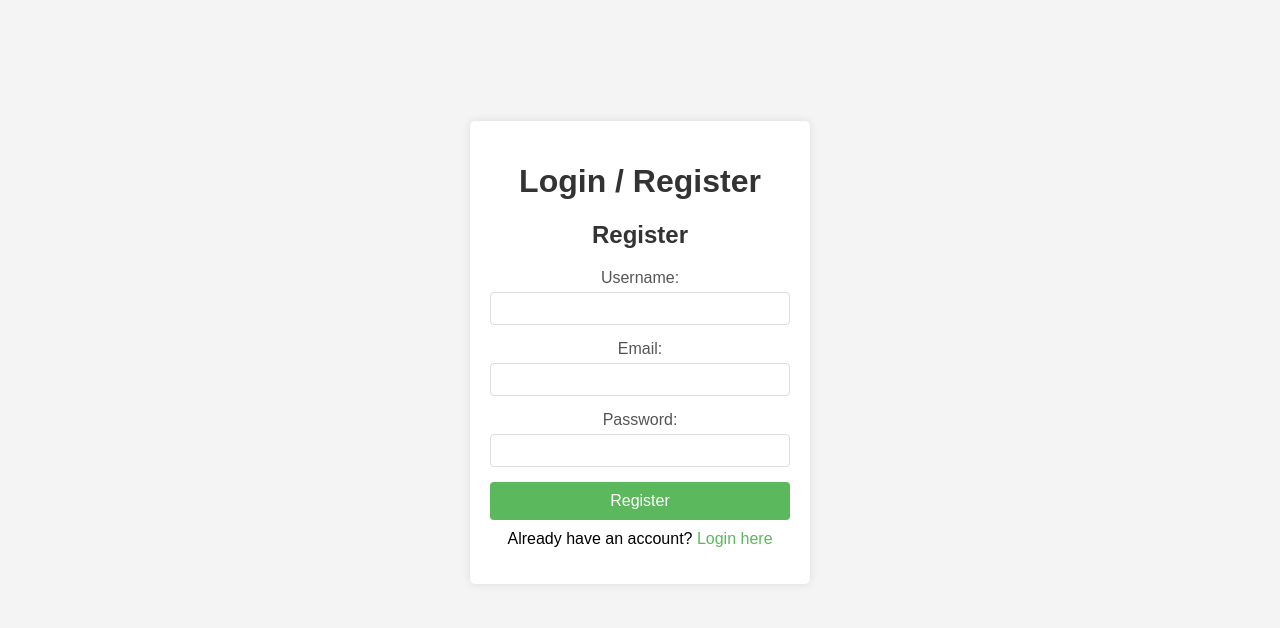
Repository: lavanya787/ml_system
Page: http://localhost/
The author's editor kept a copy of each file at every save. The page is drawn from the files as they stood at one save, then again after the next save.
The browser window is 1280 px wide. The pictures show the whole page.
The page is served by the project's application, run on Flask 3 (flask_app.py).

Above is the page before, as saved 2025-05-31 11:43:22.

After the next save:
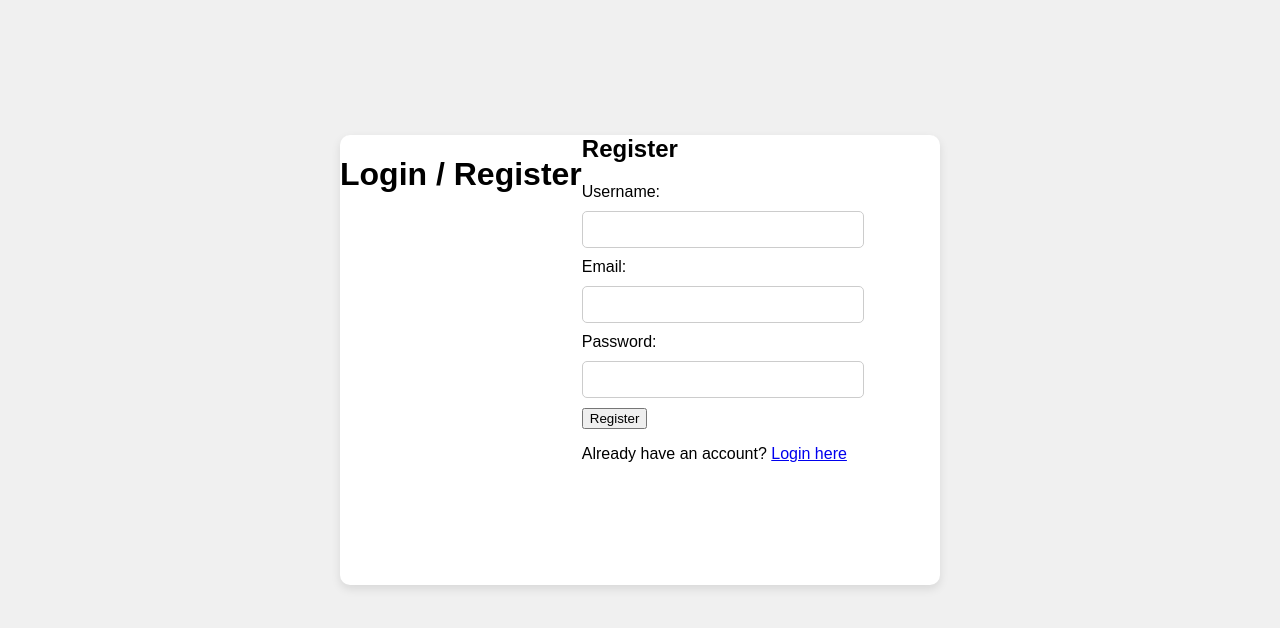
Saved 2 h 29 min later.
--- a/static/style.css
+++ b/static/style.css
@@ -1,73 +1,122 @@
 body {
     font-family: Arial, sans-serif;
-    background-color: #f4f4f4;
     display: flex;
     justify-content: center;
     align-items: center;
     height: 100vh;
     margin: 0;
+    background-color: #f0f0f0;
+    position: relative;
+}
+
+/* Notification styling */
+.notification {
+    position: fixed;
+    top: 20px;
+    left: 50%;
+    transform: translateX(-50%);
+    background: linear-gradient(to right, #ff7e5f, #feb47b);
+    color: white;
+    padding: 15px 30px;
+    border-radius: 10px;
+    box-shadow: 0 4px 10px rgba(0, 0, 0, 0.2);
+    display: flex;
+    align-items: center;
+    font-size: 16px;
+    z-index: 1000;
+}
+
+.notification::before {
+    content: "✔";
+    margin-right: 10px;
+    font-size: 20px;
 }
 
 .container {
+    display: flex;
+    width: 600px;
+    height: 450px;
     background: white;
-    padding: 20px;
-    border-radius: 5px;
-    box-shadow: 0 0 10px rgba(0, 0, 0, 0.1);
-    width: 300px;
-    text-align: center;
+    border-radius: 10px;
+    box-shadow: 0 4px 10px rgba(0, 0, 0, 0.1);
+    overflow: hidden;
 }
 
-h1, h2 {
-    color: #333;
+.form-section, .welcome-section {
+    width: 50%;
+    padding: 40px;
+    box-sizing: border-box;
 }
 
-div {
-    margin-bottom: 15px;
+.form-section {
+    background: white;
+    display: flex;
+    flex-direction: column;
+    justify-content: space-between;
 }
 
-label {
-    display: block;
-    margin-bottom: 5px;
-    color: #555;
+.welcome-section {
+    background: #ff4d4d;
+    color: white;
+    display: flex;
+    flex-direction: column;
+    justify-content: center;
+}
+
+h2 {
+    margin: 0 0 20px;
+    font-size: 24px;
+}
+
+.social-buttons {
+    display: flex;
+    gap: 10px;
+    margin-bottom: 20px;
+}
+
+.social-buttons button {
+    width: 40px;
+    height: 40px;
+    border-radius: 50%;
+    border: 1px solid #ccc;
+    background: white;
+    cursor: pointer;
 }
 
 input {
     width: 100%;
-    padding: 8px;
+    padding: 10px;
+    margin: 10px 0;
+    border: 1px solid #ccc;
+    border-radius: 5px;
     box-sizing: border-box;
-    border: 1px solid #ddd;
-    border-radius: 4px;
 }
 
-button {
+.forgot-password {
+    display: block;
+    margin: 10px 0;
+    color: #666;
+    text-decoration: none;
+    font-size: 14px;
+}
+
+.action-button {
     width: 100%;
-    padding: 10px;
-    background-color: #5cb85c;
+    padding: 12px;
     border: none;
-    border-radius: 4px;
+    border-radius: 5px;
+    background: #ff4d4d;
     color: white;
     font-size: 16px;
     cursor: pointer;
-}
-
-button:hover {
-    background-color: #4cae4c;
-}
-
-p {
     margin-top: 10px;
 }
 
-a {
-    color: #5cb85c;
-    text-decoration: none;
+.welcome-section button {
+    background: white;
+    color: #ff4d4d;
 }
 
-a:hover {
-    text-decoration: underline;
+.welcome-section p {
+    margin: 10px 0;
 }
-
-#message {
-    margin-bottom: 15px;
-    color: #d9534f;
-}
